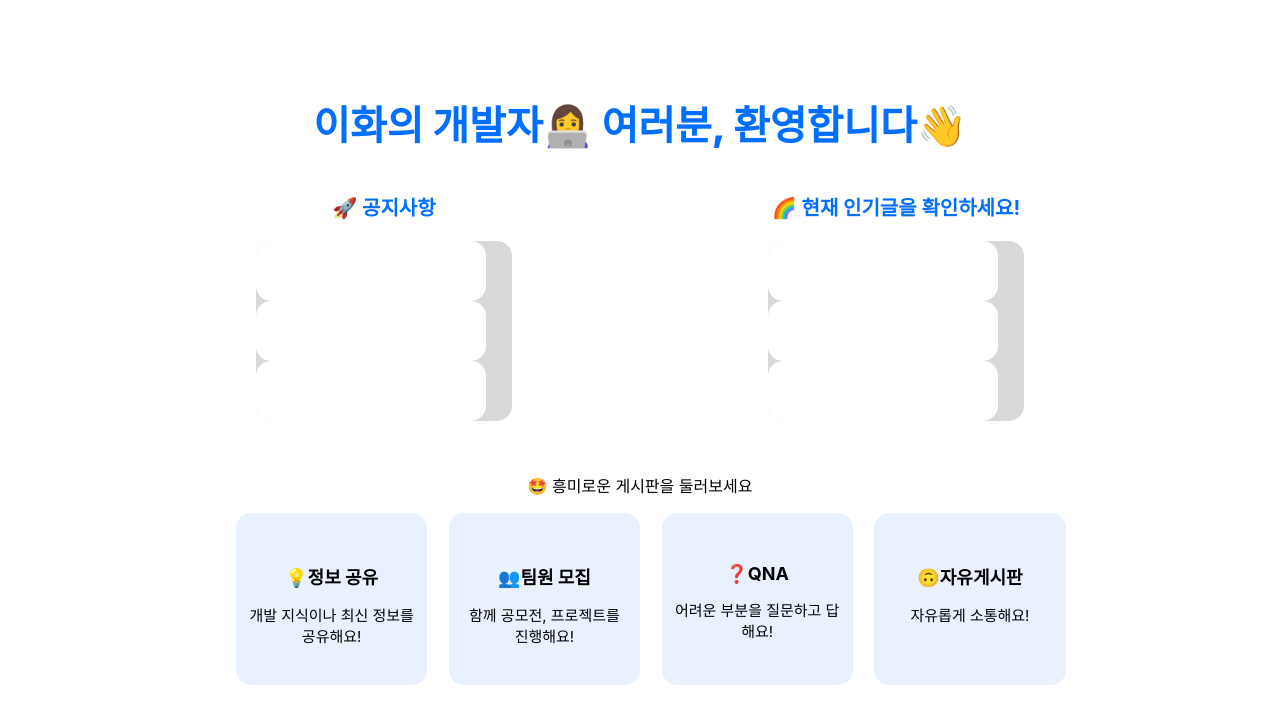
Repository: TeamCosine/Front
Page: /home
These files come from the project's save history. The page is drawn as it stood at one moment and after a run of saves; the edit follows.
The browser window is 1280 px wide. The pictures show the whole page.
The project was rebuilt for these pictures with package versions that can differ from the ones it lists, and the page was loaded fresh each time. Also part of the build but not shown: src/pages/Profile.js, src/pages/Login.js, src/components/MyInfo/Card.js, src/pages/MyInfo.js, src/pages/Write.js, src/components/common/Title.js, src/pages/Qna.js, src/pages/Invite.js.

Above is the page before, as saved 2023-07-15 22:02:38.

After the next 2 saves:
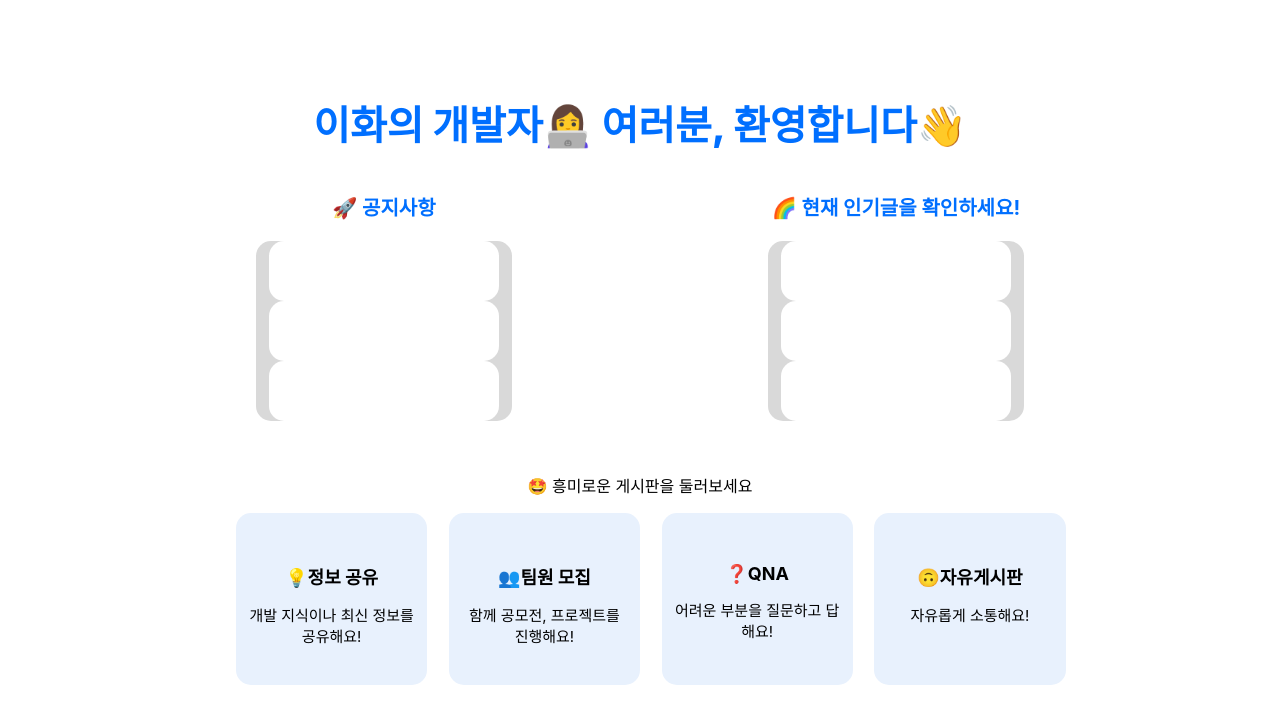
The 2 saves are shown as one change because they came seconds apart.
The last was saved 20 s later.
--- a/src/pages/Home.js
+++ b/src/pages/Home.js
@@ -33,6 +33,7 @@ const Container = styled.div`
    justify-content: center;
    align-items: center;
    width :20vw;
+   justify-items: center;
 
 `;
 const HomeContainer = styled.div`
